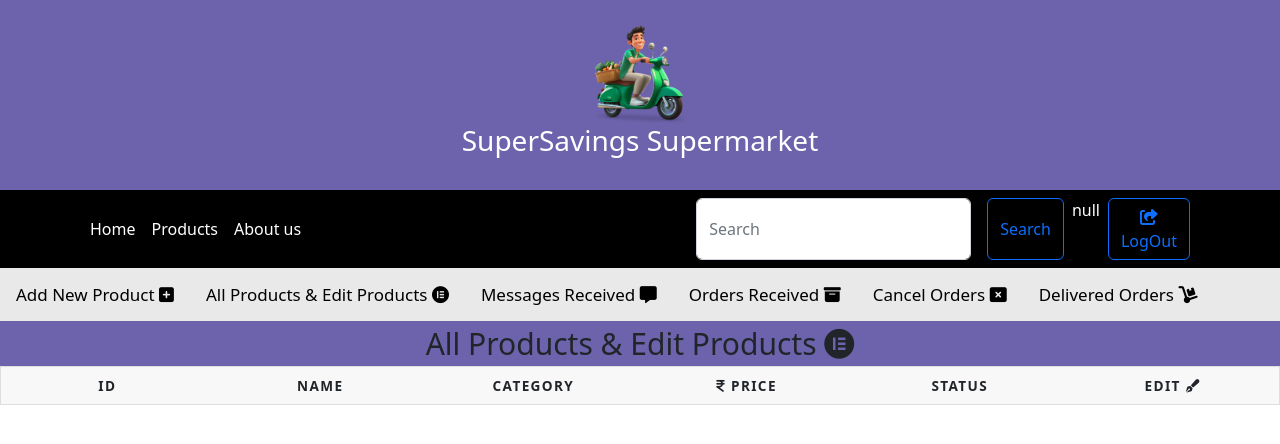
Repository: Raviraj39/SuperSaving-Online-Supermarket-Website
Page: http://localhost/Super_market/allProductEdit.jsp
These files come from the project's save history. The page is drawn as it stood at one moment and after the next save; the edit follows.
The browser window is 1280 px wide. The pictures show the whole page.
The page is served by Tomcat 9. Queries for data that is not in the repository find no rows.

Above is the page before, as saved 2023-12-21 19:24:43.

After the next save:
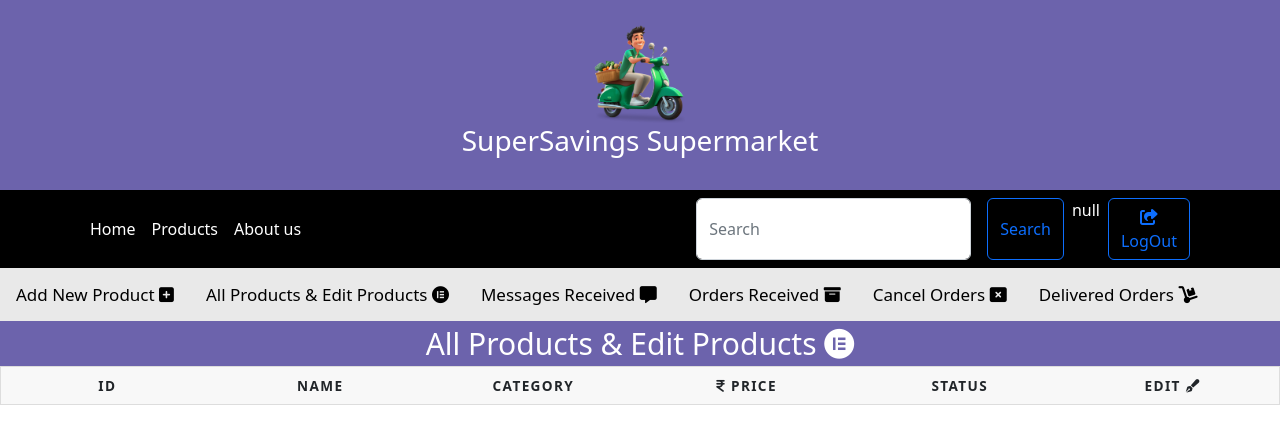
Saved 5 s later.
--- a/Super_market/src/main/webapp/allProductEdit.jsp
+++ b/Super_market/src/main/webapp/allProductEdit.jsp
@@ -17,7 +17,7 @@
 </head>
 <body>
 
-<div style="color: ; text-align: center; font-size: 30px; background-color: #6C63AC;">All Products & Edit Products <i class='fab fa-elementor'></i></div>
+<div style="color:white ; text-align: center; font-size: 30px; background-color: #6C63AC;">All Products & Edit Products <i class='fab fa-elementor'></i></div>
 
 <%
 String msg=request.getParameter("msg");
